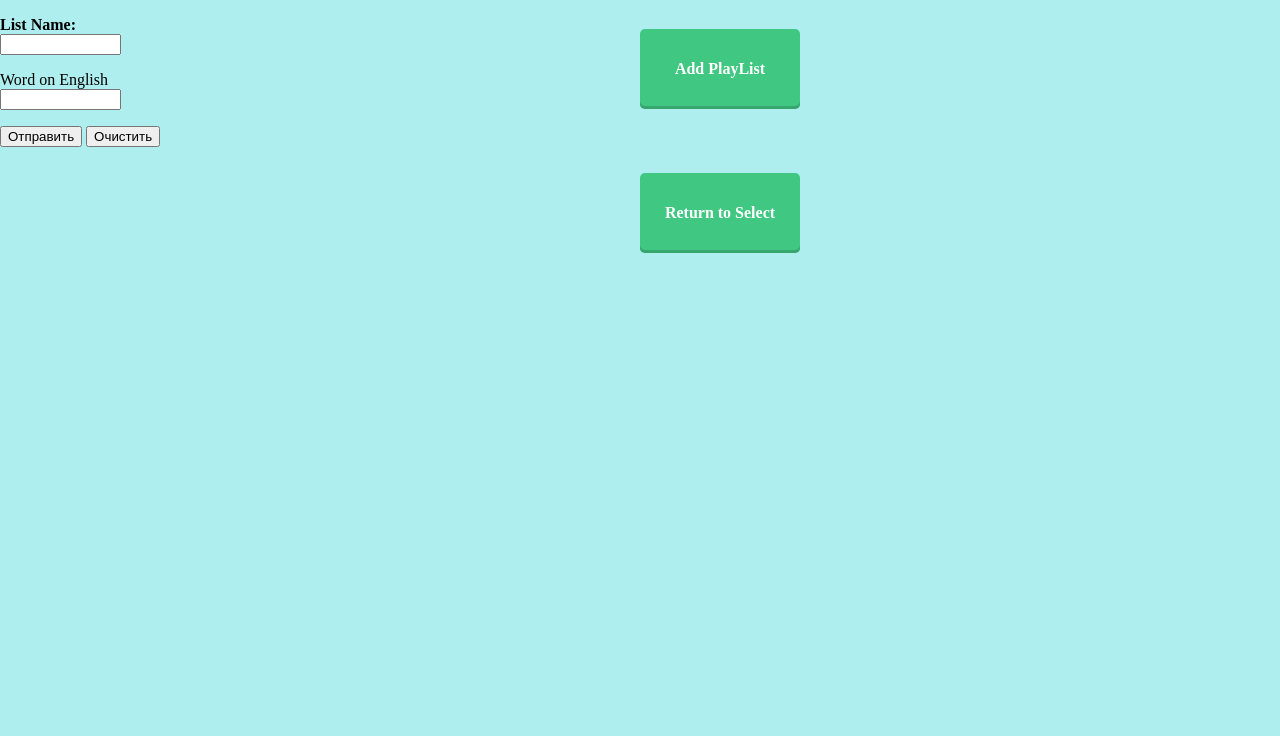
Repository: Artem-Brunov/msu_prac
Page: workspace/BasicUI/NewPlayList.html
An editor plug-in stored every save of this project. The page is shown before and after the next save, followed by the edit.
The browser window is 1280 px wide. The pictures show the whole page.

Above is the page before, as saved 2017-11-19 21:16:26.

After the next save:
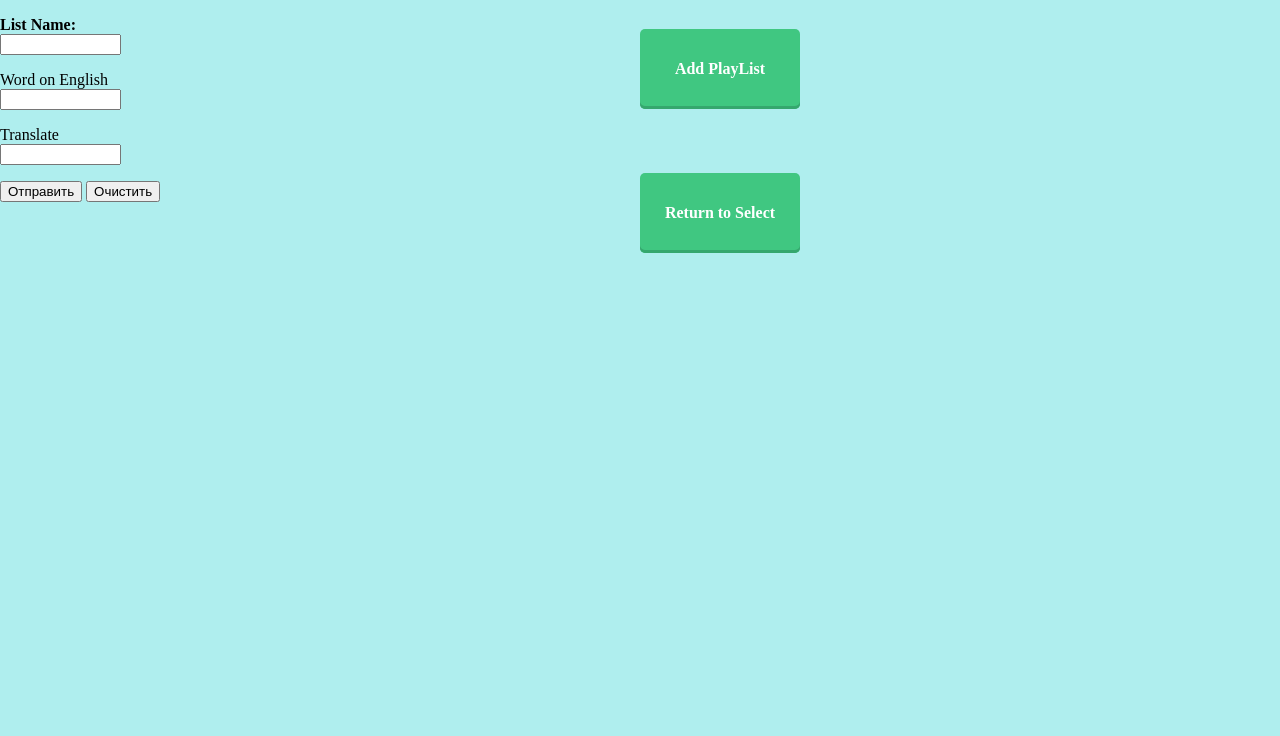
Saved 3 min 20 s later.
--- a/workspace/BasicUI/NewPlayList.html
+++ b/workspace/BasicUI/NewPlayList.html
@@ -18,6 +18,9 @@
   		<p>Word on English<br>
   			 <input type="text" size="12">
   		</p>
+  		<p>Translate<br>
+  			 <input type="text" size="12">
+  		</p>
   		<p><input type="submit" value="Отправить">
    		<input type="reset" value="Очистить"></p>
  	</form>
